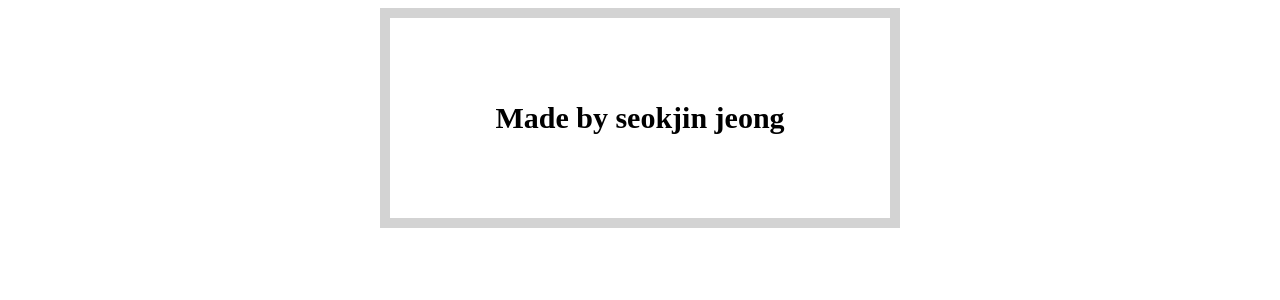
Repository: jsj961/bulletin-board-system
Page: http://localhost/BBS/madeby.jsp
An editor plug-in stored every save of this project. The page is shown before and after the next save, followed by the edit.
The browser window is 1280 px wide. The pictures show the whole page.
Some web fonts or font styles are not loaded; a fallback is used. The page is served by Tomcat 9. Other server files are loaded and not shown.

Above is the page before, as saved 2021-07-03 07:49:31.

### BBS/src/main/webapp/madeby.jsp
<%@ page language="java" contentType="text/html; charset=UTF-8"
    pageEncoding="UTF-8"%>
<!DOCTYPE html>
<html>
<head>
<meta charset="UTF-8">
<link rel="stylesheet" href="css/custom.css">
</head>
<body>
	<div class="box" style="width: 500px;
	height: 200px; border: 10px solid lightgray;
	font-size: 30px; margin: auto;
	text-align: center; line-height: 200px;
	font-weight: bold;">Made by seokjin jeong
	</div>
</body>
</html>

Loaded but not shown: BBS/src/main/webapp/css/custom.css (common file)

After the next save:
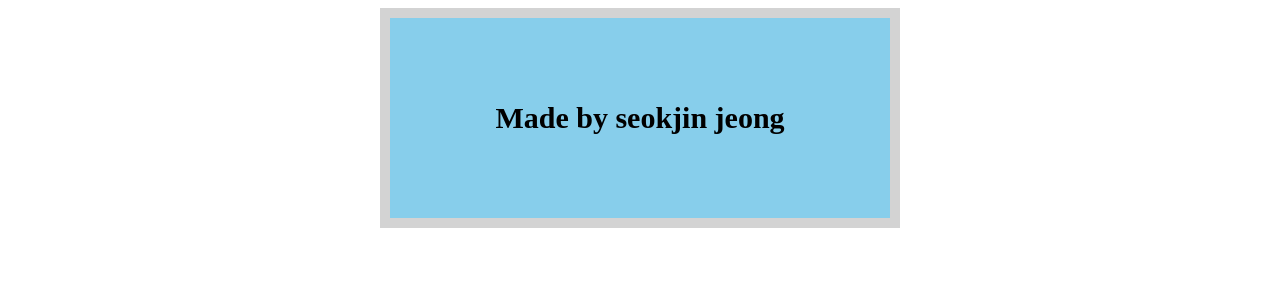
Saved 32 s later.
--- a/BBS/src/main/webapp/madeby.jsp
+++ b/BBS/src/main/webapp/madeby.jsp
@@ -7,7 +7,7 @@
 <link rel="stylesheet" href="css/custom.css">
 </head>
 <body>
-	<div class="box" style="width: 500px;
+	<div class="box" style="width: 500px; background-color: skyblue;
 	height: 200px; border: 10px solid lightgray;
 	font-size: 30px; margin: auto;
 	text-align: center; line-height: 200px;
